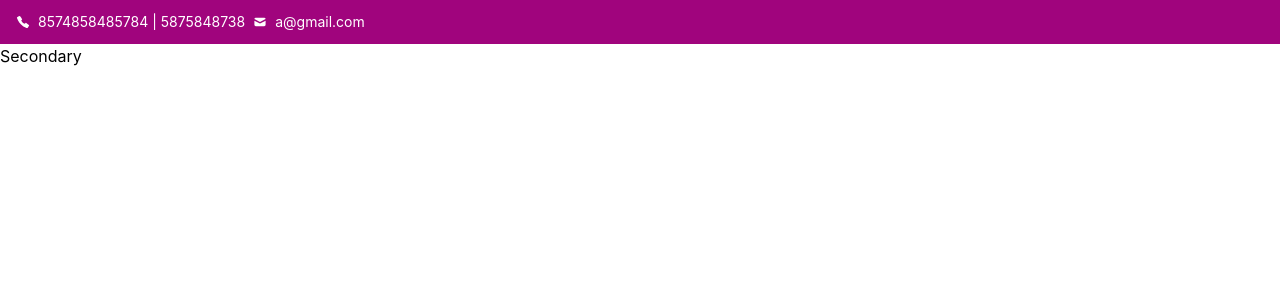
Repository: Sushant203/react-training-
Page: /
The author's editor kept a copy of each file at every save. The page is drawn from the files as they stood at one save, then again after the next save.
The browser window is 1280 px wide. The pictures show the whole page.
The project was rebuilt for these pictures with package versions that can differ from the ones it lists, and the page was loaded fresh each time. Also part of the build but not shown: src/App.css, src/components/LowerNav.jsx, src/components/UpperNav.jsx.

Above is the page before, as saved 2022-12-19 09:31:55.

After the next save:
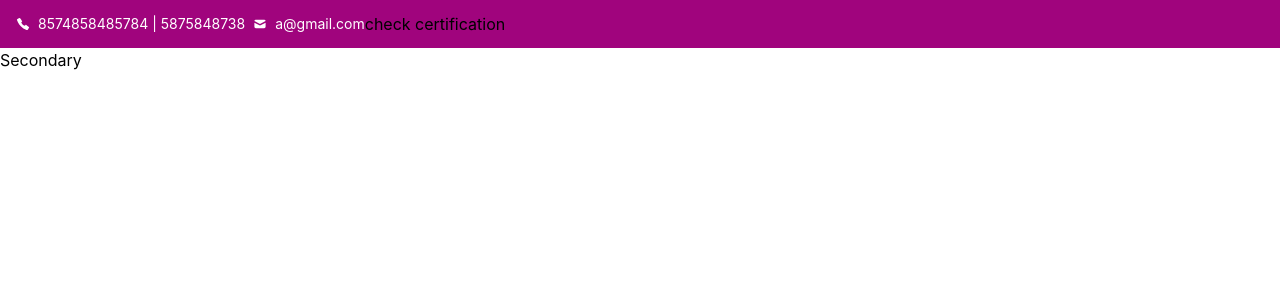
Saved 12 s later.
--- a/src/components/Naviagtion/Toolbar/header.jsx
+++ b/src/components/Naviagtion/Toolbar/header.jsx
@@ -16,6 +16,9 @@ function Header() {
         </div>
       </div>
       {/* navigation links */}
+      <div>
+        <div>check certification</div>
+      </div>
     </div>
   );
 }
